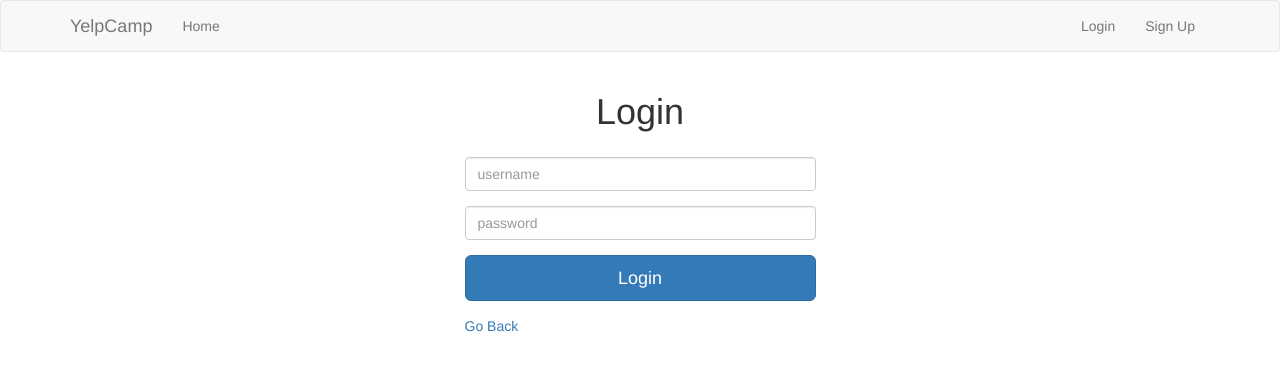
Repository: pichu0528/Web-Development
Page: http://localhost/login
The author's editor kept a record of every edit. The page is drawn from the files as they stood at one moment, then again after the next edit.
The browser window is 1280 px wide. The pictures show the whole page.
Some web libraries are served in a nearby version. The page is served by the project's Node server (YelpCamp/v14/app.js). Other server files are loaded and not shown.

Above is the page before.
Console error (its wording comes from the project's code and is left out).

### YelpCamp/v14/views/login.ejs
<%include ./partials/header %>

<div class="row">
    <h1 style="text-align: center">Login</h1>
    <div style="width: 30%; margin: 25px auto;">
        <form action="/login" method="post">
            <div class="form-group">
                <input class="form-control" type="text" name="username" placeholder="username">
            </div>
            <div class="form-group">
                <input class="form-control" type="password" name="password" placeholder="password">
            </div>
            <div class="form-group">
                <button class="btn btn-lg btn-primary btn-block">Login</button>
            </div>
        </form>
        <a href="/campgrounds">Go Back</a>
    </div>
</div>

<%include ./partials/footer %>

### YelpCamp/v14/views/partials/header.ejs
<!DOCTYPE html>
<html>
    <head>
        <!-- Make site responsive on mobile/tablet -->
        <meta name="viewport" content="width=device-width, initial-scale=1">
        <title>YelpCamp</title>
        <script src="//maxcdn.bootstrapcdn.com/bootstrap/3.3.5/js/bootstrap.min.js"></script>
        <link rel="stylesheet" href="https://maxcdn.bootstrapcdn.com/bootstrap/3.3.7/css/bootstrap.min.css">
        <link rel="stylesheet" href="/stylesheets/main.css">
    </head>
    <body>
        <nav class="navbar navbar-default">
            <div class="container">
                <div class="navbar-header">
                    <button type="button" class="navbar-toggle collapsed" data-toggle="collapse" data-target="#navbar" aria-expanded="false" aria-controls="navbar">
                      <span class="sr-only">Toggle navigation</span>
                      <span class="icon-bar"></span>
                      <span class="icon-bar"></span>
                      <span class="icon-bar"></span>
                    </button>

                    <a class="navbar-brand" href="/">YelpCamp</a>
                </div>
                <div id="navbar" class="collapse navbar-collapse">
                  <ul class="nav navbar-nav">
                    <li class="<%= typeof page !== 'undefined' && page === 'campgrounds' ? 'active' : '' %>"><a href="/campgrounds">Home</a></li>
                  </ul>
                  <ul class="nav navbar-nav navbar-right">
                      <% if(!currentUser){ %>
                          <li class="<%= typeof page !== 'undefined' && page === 'login' ? 'active' : '' %>"><a href="/login">Login</a></li>
                          <li class="<%= typeof page !== 'undefined' && page === 'register' ? 'active' : '' %>"><a href="/register">Sign Up</a></li>
                      <% } else { %>
                          <li><a href="#">Signed In As <%= currentUser.username %></a></li>
                          <li><a href="/logout">Logout</a></li>
                      <% } %>
                  </ul>
                </div>
            </div>
        </nav>

        <div class="container">
            <% if(error && error.length > 0){ %>
                <div class="alert alert-danger" role="alert">
                    <%= error %>
                </div>
            <% } %>
            <% if(success && success.length > 0){ %>
                <div class="alert alert-success" role="alert">
                    <%= success %>
                </div>
            <% } %>
        </div>
        <div class="container">

### YelpCamp/v14/views/partials/footer.ejs
        </div><!-- /.container -->
        <!-- jQuery CDN -->
        <script src="https://code.jquery.com/jquery-3.1.1.min.js" integrity="sha256-hVVnYaiADRTO2PzUGmuLJr8BLUSjGIZsDYGmIJLv2b8=" crossorigin="anonymous"></script>

        <!-- Bootstrap JS CDN -->
        <script src="https://maxcdn.bootstrapcdn.com/bootstrap/3.3.7/js/bootstrap.min.js" integrity="sha384-Tc5IQib027qvyjSMfHjOMaLkfuWVxZxUPnCJA7l2mCWNIpG9mGCD8wGNIcPD7Txa" crossorigin="anonymous"></script>
    </body>
</html>

### YelpCamp/v14/app.js
var express       = require("express"),
    app           = express(),
    bodyparser    = require("body-parser"),
    mongoose      = require("mongoose"),
    flash         = require("connect-flash"),
    passport      = require("passport"),
    LocalStrategy = require("passport-local"),
    methodOverride = require("method-override"),
    Campground    = require("./models/campground.js"),
    Comment       = require("./models/comment"),
    User          = require("./models/user"),
    seedDB        = require("./seeds");

// Requiring Routes
var commentRoutes    = require("./routes/comments"),
    campgroundRoutes = require("./routes/campgrounds"),
    indexRoutes      = require("./routes/index");

/*Connecting to Mongo Database*/
mongoose.connect("mongodb://localhost:27017/yelp_camp_v13",{ useNewUrlParser: true });

app.use(bodyparser.urlencoded({extended:true}));
app.set("view engine", "ejs");
app.use(express.static(__dirname + "/public")); // linking CSS stylesheet
app.use(methodOverride("_method")); // _method is recommended to use
app.use(flash());
// seedDB(); // seed the database

// Passport Configuration
app.use(require("express-session")({
    secret: "This can be anything that we want",
    resave: false,
    saveUninitialized: false
}));
app.use(passport.initialize());
app.use(passport.session());
passport.use(new LocalStrategy(User.authenticate()));
passport.serializeUser(User.serializeUser());
passport.deserializeUser(User.deserializeUser());

// Middleware - Passing {currentUser: req.user} into every route
app.use(function(req,res,next){
    res.locals.currentUser = req.user;
    res.locals.error = req.flash("error");
    res.locals.success = req.flash("success");
    next();
});

// Ask the app to use the three routes
app.use("/", indexRoutes);
app.use("/campgrounds", campgroundRoutes);
app.use("/campgrounds/:id/comments", commentRoutes);

app.listen(process.env.PORT, process.env.IP, function(){
   console.log("YelpCamp Started");
});

### YelpCamp/v14/routes/index.js
var express  = require("express");
var router   = express.Router();
var passport = require("passport");
var User     = require("../models/user");

// Root Route
router.get("/", function(req,res){
   res.render("landing",{page:register});
});

// Show Register Form
router.get("/register", function(req,res){
    res.render("register");
});
// Handle Signup Logic
router.post("/register", function(req,res){
    var newUser = new User({username: req.body.username});
    User.register(newUser, req.body.password, function(err,user){
        if(err){
            req.flash("error", err.message);
            return res.render("register");
        }
        passport.authenticate("local")(req,res,function(){
            req.flash("success","Welcome to YelpCamp " + user.username)
            res.redirect("/campgrounds");
        });
    });
});

// Show Login Form
router.get("/login", function(req,res){
    res.render("login");
});
// Handle Login Logic
router.post("/login", passport.authenticate("local", {
    successRedirect: "/campgrounds",
    failureRedirect: "/login"
}), function(req,res){

});

// Logout Logic
router.get("/logout", function(req,res){
    req.logout();
    req.flash("success", "Logged you out!");
    res.redirect("/campgrounds");
});

module.exports = router;

### YelpCamp/v14/public/stylesheets/main.css
.thumbnail{
    padding:0;
}
.thumbnail img{
    width:100%;
}
.thumbnail .caption-full{
    padding:9px;
}
.delete-form{
    display:inline;
}

After the next edit:
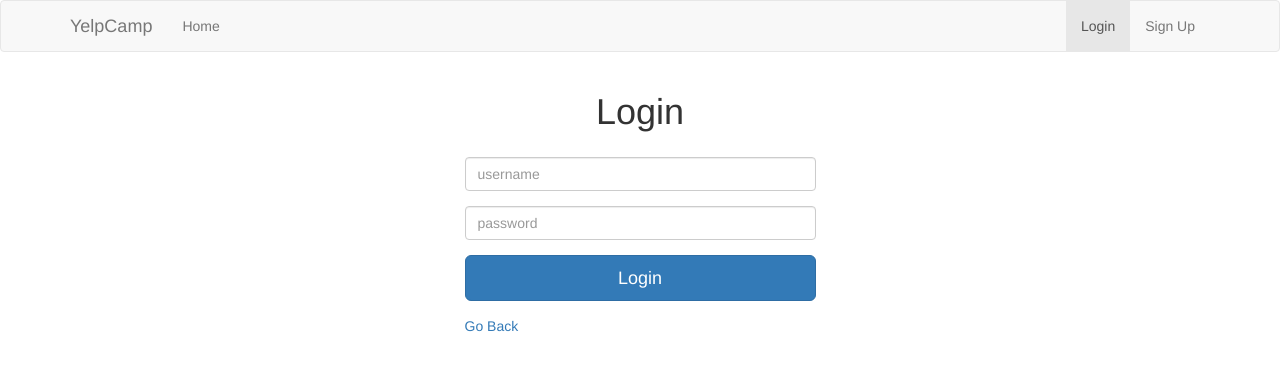
The edit:
--- a/YelpCamp/v14/routes/index.js
+++ b/YelpCamp/v14/routes/index.js
@@ -29,7 +29,7 @@
 
 // Show Login Form
 router.get("/login", function(req,res){
-    res.render("login");
+    res.render("login",{page:'login'});
 });
 // Handle Login Logic
 router.post("/login", passport.authenticate("local", {
